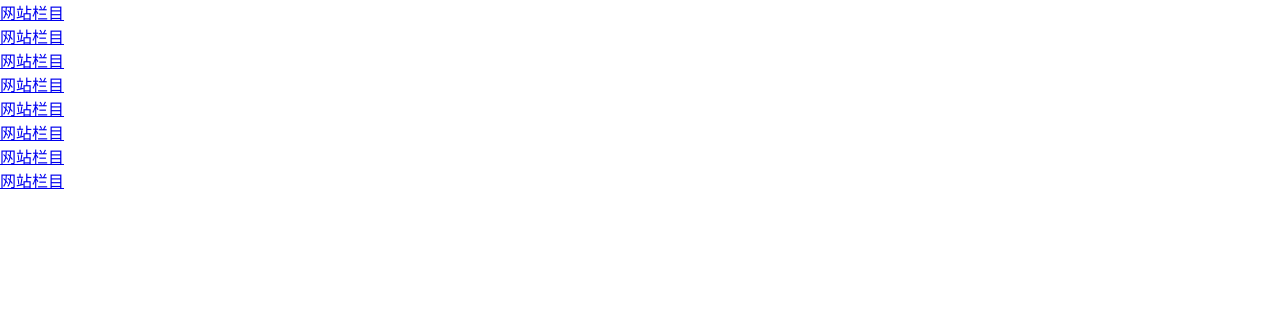
Repository: Germtao/Web
Page: web_css/css_伪类.html
The author's editor kept a copy of each file at every save. The page is drawn from the files as they stood at one save, then again after the next save.
The browser window is 1280 px wide. The pictures show the whole page.

Above is the page before, as saved 2020-10-29 10:01:34.

### web_css/css_伪类.html
<!DOCTYPE html
  PUBLIC "-//W3C//DTD XHTML 1.0 Transitional//EN" "http://www.w3.org/TR/xhtml1/DTD/xhtml1-transitional.dtd">
<html xmlns="http://www.w3.org/1999/xhtml" xml:lang="en">

<head>
  <meta http-equiv="Content-Type" content="text/html;charset=UTF-8">
  <title>css-伪类</title>
  <style type="text/css">
    * {
      margin: 0;
      padding: 0;
    }
  </style>
</head>

<body>
  <div class="nav">
    <ul>
      <li><a href="#">网站栏目</a></li>
      <li><a href="#">网站栏目</a></li>
      <li><a href="#">网站栏目</a></li>
      <li><a href="#">网站栏目</a></li>
      <li><a href="#">网站栏目</a></li>
      <li><a href="#">网站栏目</a></li>
      <li><a href="#">网站栏目</a></li>
      <li><a href="#">网站栏目</a></li>
    </ul>
  </div>
</body>

</html>

After the next save:
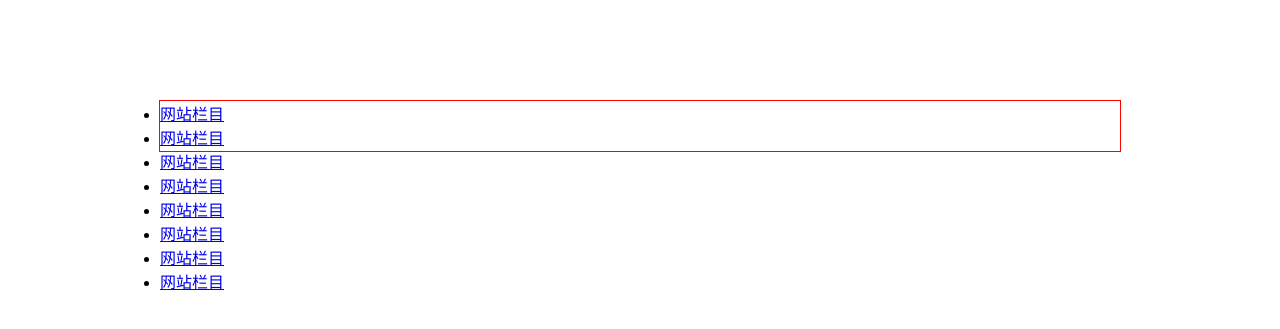
Saved 45 s later.
--- a/web_css/css_伪类.html
+++ b/web_css/css_伪类.html
@@ -9,6 +9,13 @@
     * {
       margin: 0;
       padding: 0;
+    }
+
+    .nav {
+      width: 960px;
+      height: 50px;
+      border: 1px solid red;
+      margin: 100px auto;
     }
   </style>
 </head>
